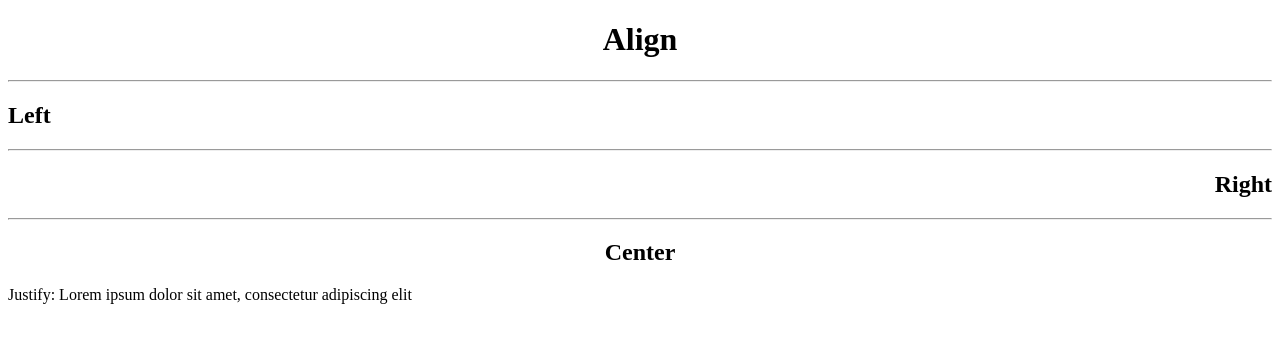
Repository: ankitgujre01/HTMLgeeks
Page: Attribute.html
The author's editor kept a copy of each file at every save. The page is drawn from the files as they stood at one save, then again after a run of saves.
The browser window is 1280 px wide. The pictures show the whole page.

Above is the page before, as saved 2025-09-02 23:43:29.

### Attribute.html
<!DOCTYPE html>
<html>
    <head>
        <title>Attribute</title>
    </head>
    <body>
        <h1 align="center">Align</h1> <hr>
        <h2 align="left">Left</h2> <hr>
        <h2 align="right">Right</h2> <hr>
        <h2 align="center">Center</h2>
        <p align="justify">Justify: Lorem ipsum dolor sit amet, consectetur adipiscing elit</p>
    </body>
</html>

After the next 2 saves:
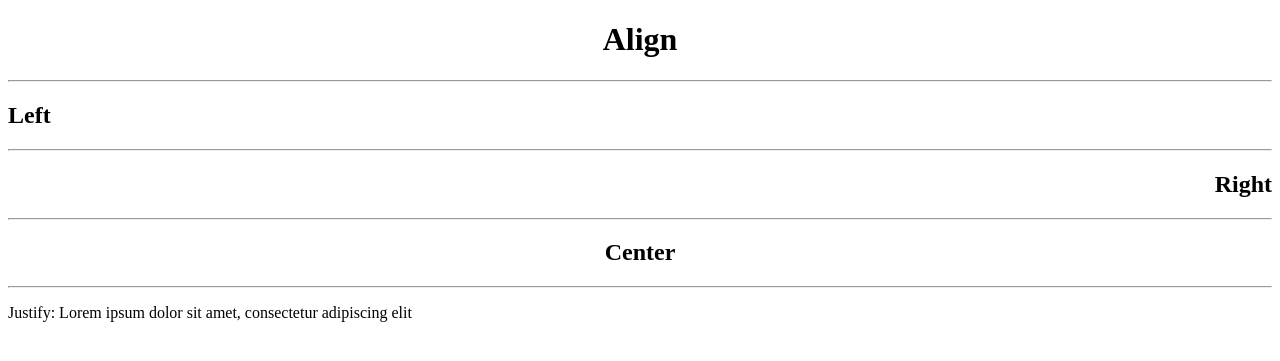
The 2 saves are shown as one change because they came seconds apart.
The last was saved 6 s later.
--- a/Attribute.html
+++ b/Attribute.html
@@ -7,7 +7,7 @@
         <h1 align="center">Align</h1> <hr>
         <h2 align="left">Left</h2> <hr>
         <h2 align="right">Right</h2> <hr>
-        <h2 align="center">Center</h2>
+        <h2 align="center">Center</h2> <hr>
         <p align="justify">Justify: Lorem ipsum dolor sit amet, consectetur adipiscing elit</p>
     </body>
 </html>
